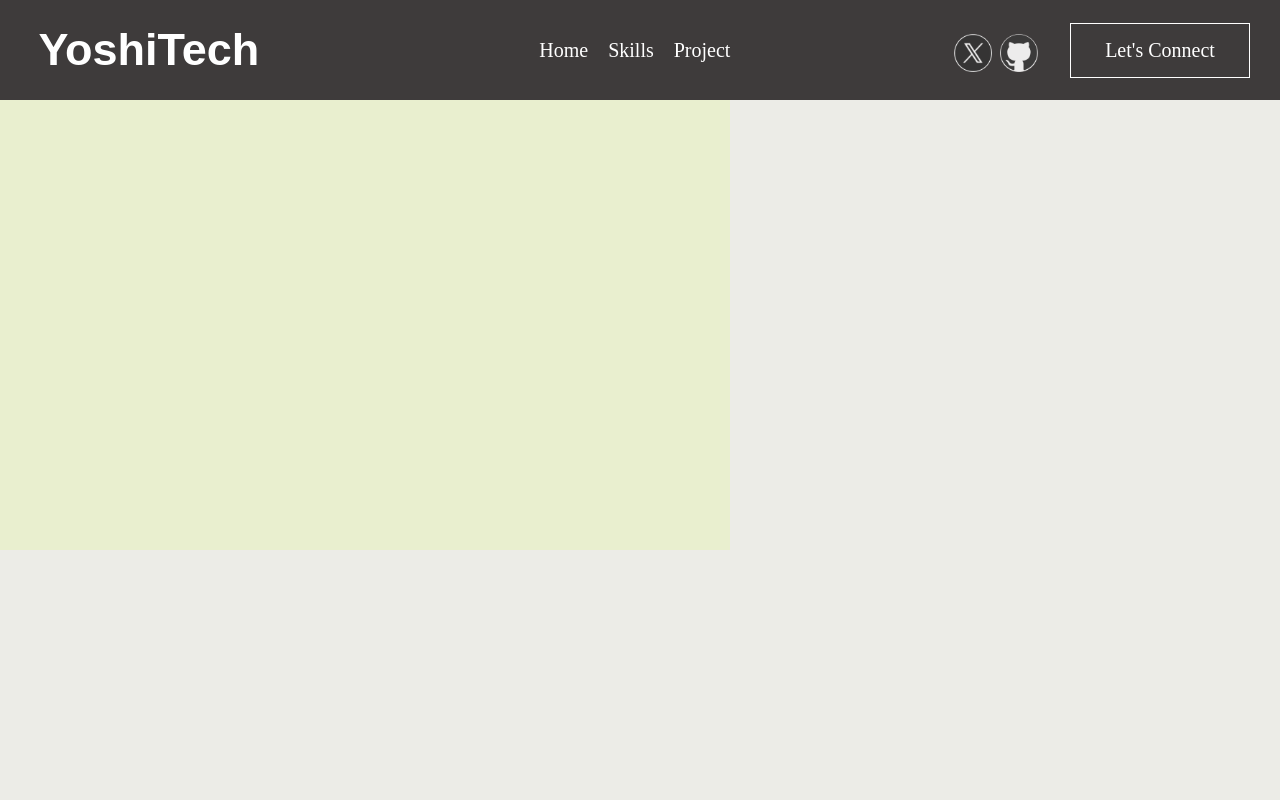
Repository: Yoshiki0418/My_Portfolio
Page: index.html
An editor plug-in stored every save of this project. The page is shown before and after the next save, followed by the edit.
The browser window is 1280 px wide. The pictures show the whole page.

Above is the page before, as saved 2024-01-05 20:55:18.

### index.html
<!DOCTYPE html>
<html lang="ja">
<head>
    <meta charset="UTF-8">
    <meta name="viewport" content="width=device-width, initial-scale=1.0">
    <title>Document</title>
    <link rel="stylesheet" type="text/css" href="style.css">
</head>
<body>
    <header>
        <h1 class="Logo">YoshiTech</h1>
        <div class="page_changer">
            <a class="changer_font">Home</a>
            <a class="changer_font">Skills</a>
            <a class="changer_font">Project</a>
        </div>
        <div class="sns_container">
            <a><img src="static/image/X.png" class="sns_pic"></a>
            <a><img src="static/image/GitHub.png" class="sns_pic"></a>
        </div>
        <div class="connect_container">
            <a class="connect_font">Let's Connect</a>
        </div>
    </header>
    <main>
        <section class="hero_section">
            <div class="monitor_container">
                <div class="circle_container">
                    <div class="circle"></div>
                    <div class="circle"></div>
                    <div class="circle"></div>
                </div>
            </div>
        </section>
    </main>

</body>
</html>

### style.css
*{
    margin: 0;
    padding: 0;
    box-sizing: border-box; /* サイズ計算をより予測しやすくするためのプロパティ */
}

header {
	display: flex;					/*flexボックスを使う指定*/
	align-items: center;			/*垂直揃えの指定。天地中央に配置されるように。*/
    width: 100%;
    height: 100px;
	background-color: #3E3B3B;
    position: relative;
}

.Logo{
    margin-left: 3%;
    color: white;
    font-family: 'Comic Sans MS', 'Arial Rounded MT Bold', sans-serif;
    font-size: 45px;
}

.page_changer{
    display: flex;
	align-items: center;
    padding: 20px;
    margin-left: 250px;
    margin-right: 250px;
}

.changer_font{
    color: white;
    margin: 10px;
    font-size: 20px;
}

.connect_font{
    color: white;
    font-size: 20px;
}

.connect_container{
    position: absolute;
    right: 30px;
    width: 180px;
    height: 55px;
    border: 1px solid white;
    display: flex;
    align-items: center;
    justify-content: center;
}

.sns_pic{
    width: 38px;
    height: auto;
    margin: 2px;
}

.sns_container{
    margin-top: 10px;
    position: absolute;
    right: 240px;
}

.hero_section{
    background-color: #ECECE7;
    width: 100%;
    height: 700px;
    position: relative;
}

.monitor_container{
    background-color: #E9EFCF;
    width: 730px;
    height: 450px;
}

After the next save:
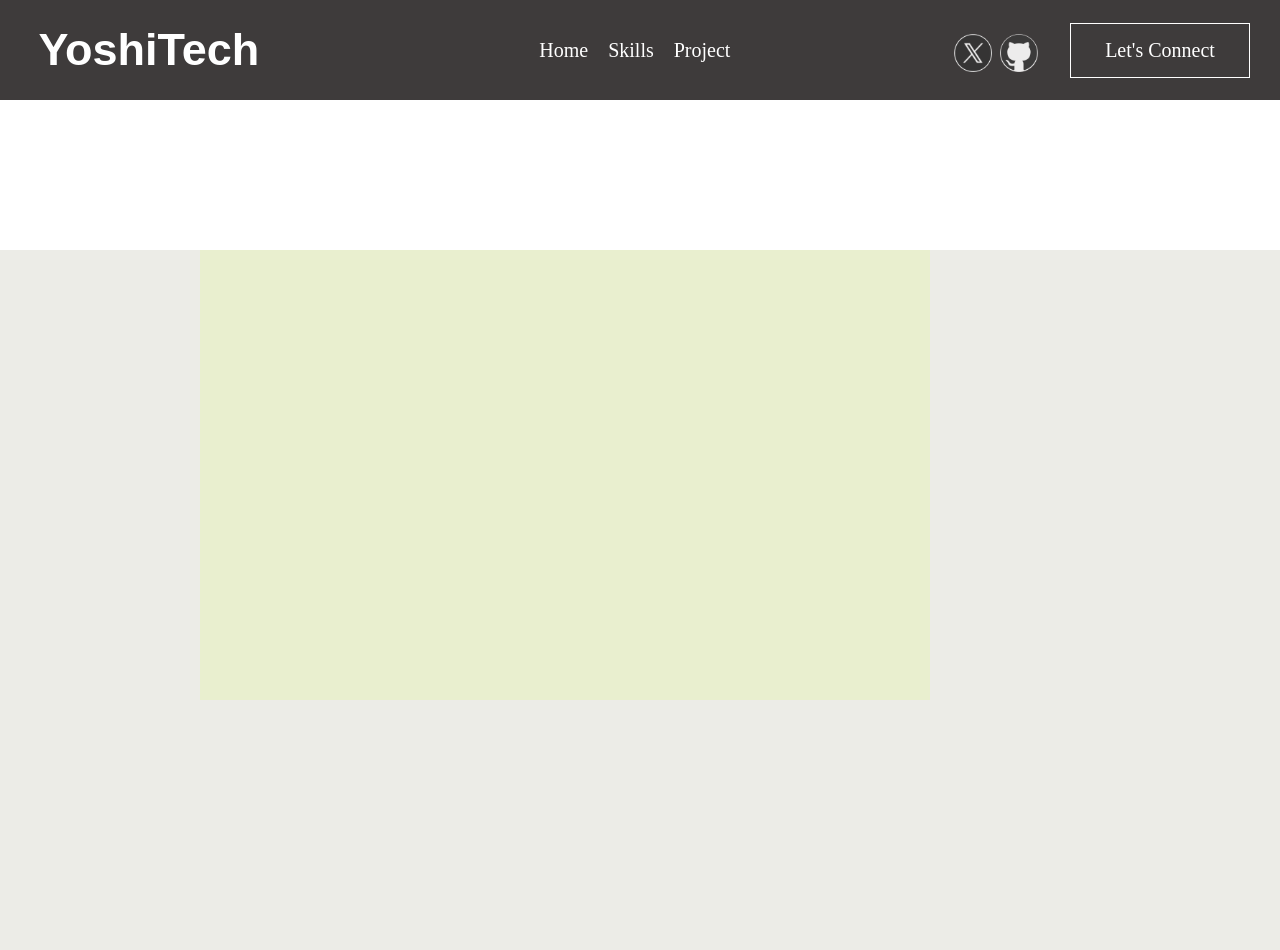
Saved 25 s later.
--- a/style.css
+++ b/style.css
@@ -73,4 +73,6 @@
     background-color: #E9EFCF;
     width: 730px;
     height: 450px;
+    margin-left: 200px;
+    margin-top: 150px;
 }
